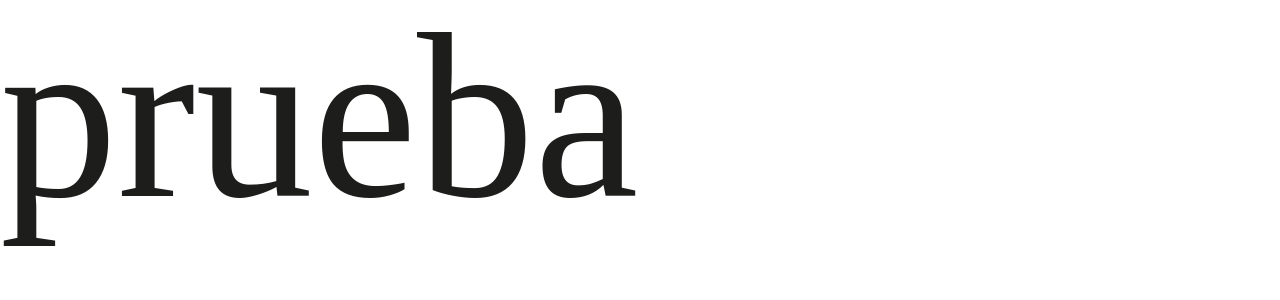
Repository: danielavelosar/InteractiveSVGwithNext
Page: /
The author's editor kept a copy of each file at every save. The page is drawn from the files as they stood at one save, then again after the next save.
The browser window is 1280 px wide. The pictures show the whole page.
The project was rebuilt for these pictures with package versions that can differ from the ones it lists, and the page was loaded fresh each time. The framework's server and built-in components were replaced by stand-ins that run in the browser. Also part of the build but not shown: next.config.js.

Above is the page before, as saved 2022-12-02 17:15:58.

After the next save:
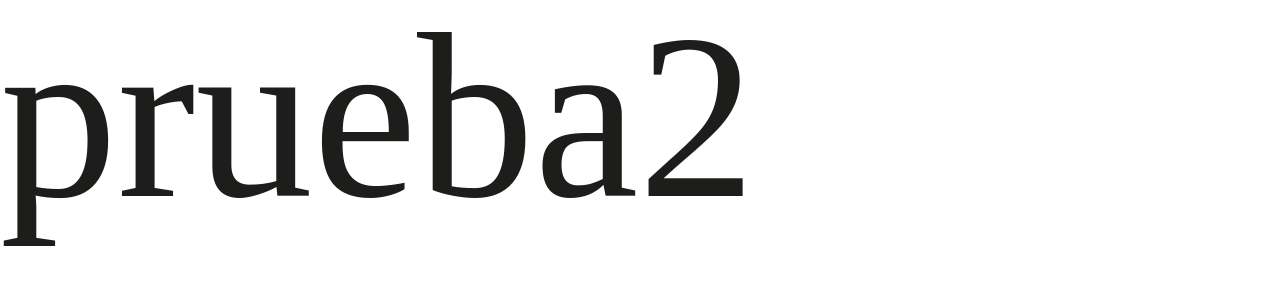
Saved 15 s later.
--- a/pages/index.tsx
+++ b/pages/index.tsx
@@ -15,7 +15,7 @@ export default function Home(){
             lorem.addEventListener( 'load', () => {
             svg2 = lorem.contentDocument;
             let pruebaTexto = svg2.querySelector('#textoId');
-            pruebaTexto.innerHTML = 'prueba';
+            pruebaTexto.innerHTML = 'prueba2';
 
           });
 
